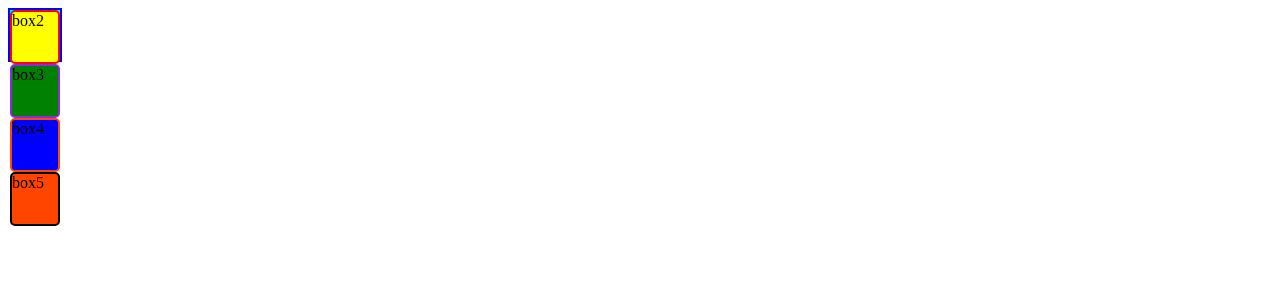
Repository: ABDUSALIMSUBAHIELBASHI/full-html-css-js
Page: Desktop/coding/css/indexday2.html
An editor plug-in stored every save of this project. The page is shown before and after the next save, followed by the edit.
The browser window is 1280 px wide. The pictures show the whole page.

Above is the page before, as saved 2025-09-16 10:51:50.

### Desktop/coding/css/indexday2.html
<!DOCTYPE html>
<html lang="en">

<head>
    <meta charset="UTF-8">
    <link rel="stylesheet" href="indexday2.css">

    <title>Document</title>
</head>
<body>
<div id="box" class="container">
    <div id="box" class="box2">box2</div>
    <div id="box" class="box3">box3</div>
    <div id="box" class="box4">box4</div>
    <div id="box" class="box5">box5</div>
</div>
</body>

</html>

### Desktop/coding/css/indexday2.css
.container{
    display: flex;
    flex-wrap: wrap;
    background-color: aqua;
    border: 2px solid blue;
    justify-content: space-evenly;
    justify-items: center;
}
#box{
    width: 50px;
    height: 50px;
}
.box2{
    background-color: yellow;
    width: 50px;
    height: 20px;
    border-radius: 5px;
    border: 2px solid red;
}
.box3{
 background-color:green;
    width: 50px;
    height: 20px;
    border-radius: 5px;
    border: 2px solid blueviolet;
}

.box4{
 background-color: blue;
    width: 50px;
    height: 20px;
    border-radius: 5px;
    border: 2px solid orangered;
}

.box5{
 background-color: orangered;
    width: 50px;
    height: 20px;
    border-radius: 5px;
    border: 2px solid black;
}

After the next save:
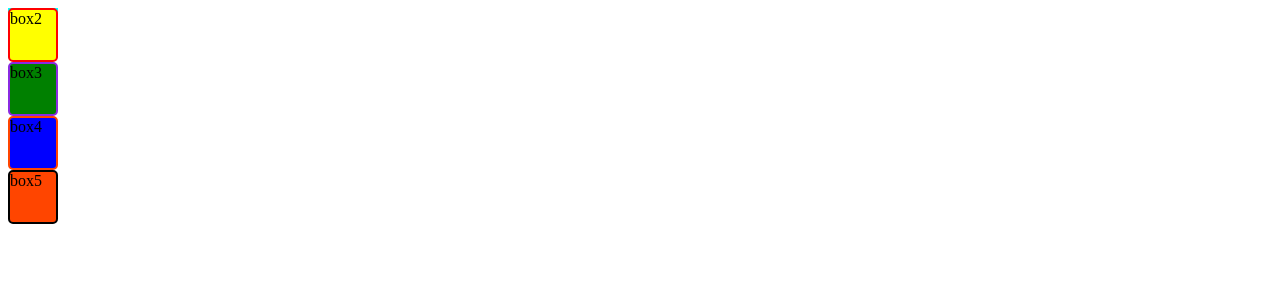
Saved 16 s later.
--- a/Desktop/coding/css/indexday2.css
+++ b/Desktop/coding/css/indexday2.css
@@ -2,7 +2,6 @@
     display: flex;
     flex-wrap: wrap;
     background-color: aqua;
-    border: 2px solid blue;
     justify-content: space-evenly;
     justify-items: center;
 }
